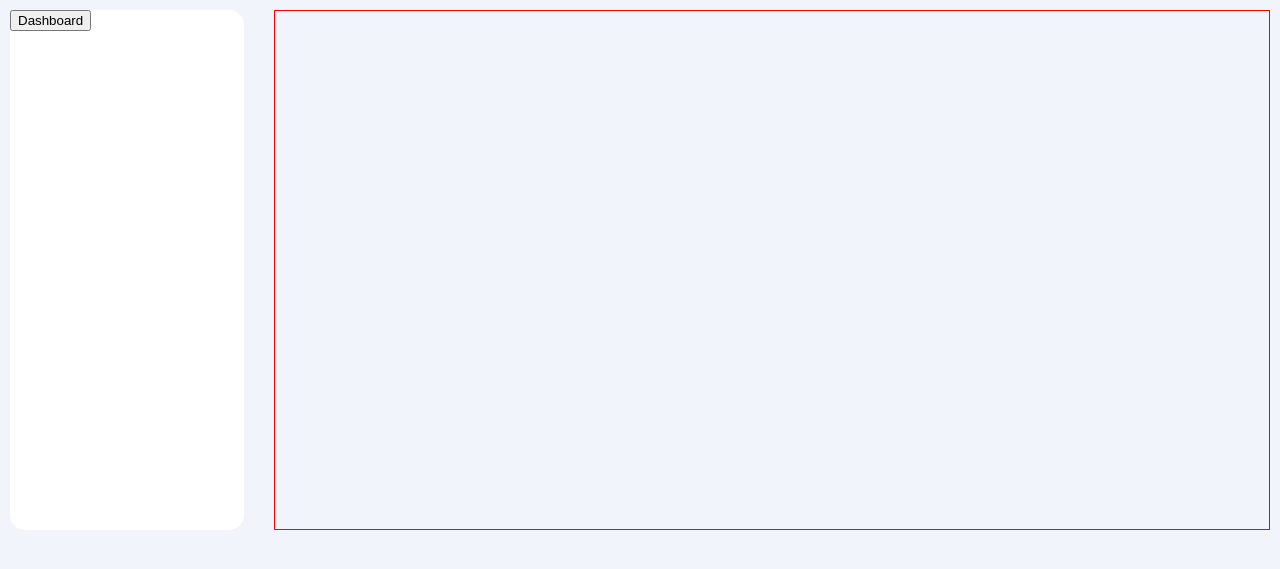
Repository: Anuruddha00/dashboard-design
Page: /
The author's editor kept a copy of each file at every save. The page is drawn from the files as they stood at one save, then again after the next save.
The browser window is 1280 px wide. The pictures show the whole page.
The project was rebuilt for these pictures with package versions that can differ from the ones it lists, and the page was loaded fresh each time.

Above is the page before, as saved 2021-05-06 23:21:44.

### public/index.html
<!DOCTYPE html>
<html lang="en">
  <head>
    <meta charset="utf-8" />
    <link rel="icon" href="%PUBLIC_URL%/favicon.ico" />
    <meta name="viewport" content="width=device-width, initial-scale=1" />
    <meta name="theme-color" content="#000000" />
    <meta
      name="description"
      content="Web site created using create-react-app"
    />
    <link rel="apple-touch-icon" href="%PUBLIC_URL%/logo192.png" />

    <link rel="preconnect" href="https://fonts.gstatic.com">
    <link href="https://fonts.googleapis.com/css2?family=Poppins:wght@300&display=swap" rel="stylesheet">

    <!--
      manifest.json provides metadata used when your web app is installed on a
      user's mobile device or desktop. See https://developers.google.com/web/fundamentals/web-app-manifest/
    -->
    <link rel="manifest" href="%PUBLIC_URL%/manifest.json" />
    <!--
      Notice the use of %PUBLIC_URL% in the tags above.
      It will be replaced with the URL of the `public` folder during the build.
      Only files inside the `public` folder can be referenced from the HTML.

      Unlike "/favicon.ico" or "favicon.ico", "%PUBLIC_URL%/favicon.ico" will
      work correctly both with client-side routing and a non-root public URL.
      Learn how to configure a non-root public URL by running `npm run build`.
    -->
    <title>React App</title>
  </head>
  <body>
    <noscript>You need to enable JavaScript to run this app.</noscript>
    <div id="root"></div>
    <!--
      This HTML file is a template.
      If you open it directly in the browser, you will see an empty page.

      You can add webfonts, meta tags, or analytics to this file.
      The build step will place the bundled scripts into the <body> tag.

      To begin the development, run `npm start` or `yarn start`.
      To create a production bundle, use `npm run build` or `yarn build`.
    -->
  </body>
</html>

### src/index.js
import React from 'react';
import ReactDOM from 'react-dom';
import Dashboard from './containers/Dashboard/Dashboard';
import reportWebVitals from './reportWebVitals';

ReactDOM.render(
  <React.StrictMode>
    <Dashboard />
  </React.StrictMode>,
  document.getElementById('root')
);

// If you want to start measuring performance in your app, pass a function
// to log results (for example: reportWebVitals(console.log))
// or send to an analytics endpoint. Learn more: https://bit.ly/CRA-vitals
reportWebVitals();

### src/containers/Dashboard/Dashboard.js
import React from 'react';
import './Dashboard.scss';

const dashboard = () =>{

    return(
        <div className='container'>
            <div className='dashboard'>
                <div className='dashboardSideBar'>
                    <button>Dashboard</button>
                </div>
                <div className='dashboardMenu'>
                   <div className='dashboardMenuContent'>
                        <nav className='dashboardMenuContentNavbar'>

                        </nav>
                        <div className='dashboardMenuContent'>

                        </div>
                   </div>
                </div>
            </div>
        </div>
    )

}
export default dashboard;


{/* <nav className ='navBar'>
                    <div className='navBarContent'>
                        <div className='navBarContentSearch'>
                            <form className='navBarContentSearchField'>
                                <input type='text' placeholder='Search'/>
                            </form>
                        </div>
                        <div className='navBarContentProfile'>
                            <div className='navBarContentProfileName'>
                                <h2>Hello</h2>
                                <h2>Alexey Savitskiy</h2>
                            </div>
                            <img src='./assets/Image 9.png'/>
                            <h1>H</h1>
                        </div>
                    </div>
                </nav> */}

### src/containers/Dashboard/Dashboard.scss

body{
    margin: 0;
    padding: 0;
    font-size: 0.875rem;
    font-family: 'Poppins', sans-serif;

}

.container{
    background: #f1f5fb;
    height: 100vh;

    .dashboard{
        display: grid;
        grid-template-columns: 1fr 4fr;
        gap:10px;
        grid-auto-rows: minmax(100px, auto);

        &SideBar{
            grid-column: 1;
            grid-row: 1 / 6;
            border-radius: 15px;
            background: #ffffff;
            margin: 10px;

        }
        &Menu{
            border: 1px solid red;
            grid-column: 2;
            grid-row: 1 / 6;
            margin: 10px;
        }
    }
}


// .navBar{
//     display: flex;
//     justify-content: end;
//     border: 1px solid #ffffff;
//     background:#ffffff;

//     &Content{
//         display: flex;


//         &Search{

//             &Field{

//             }
//         }
//         &Profile{

//             &Name{

//             }
//             display: flex;
//             gap: 1em;
//         }
//     }
// }

Loaded but not shown: src/reportWebVitals.js (common file)

After the next save:
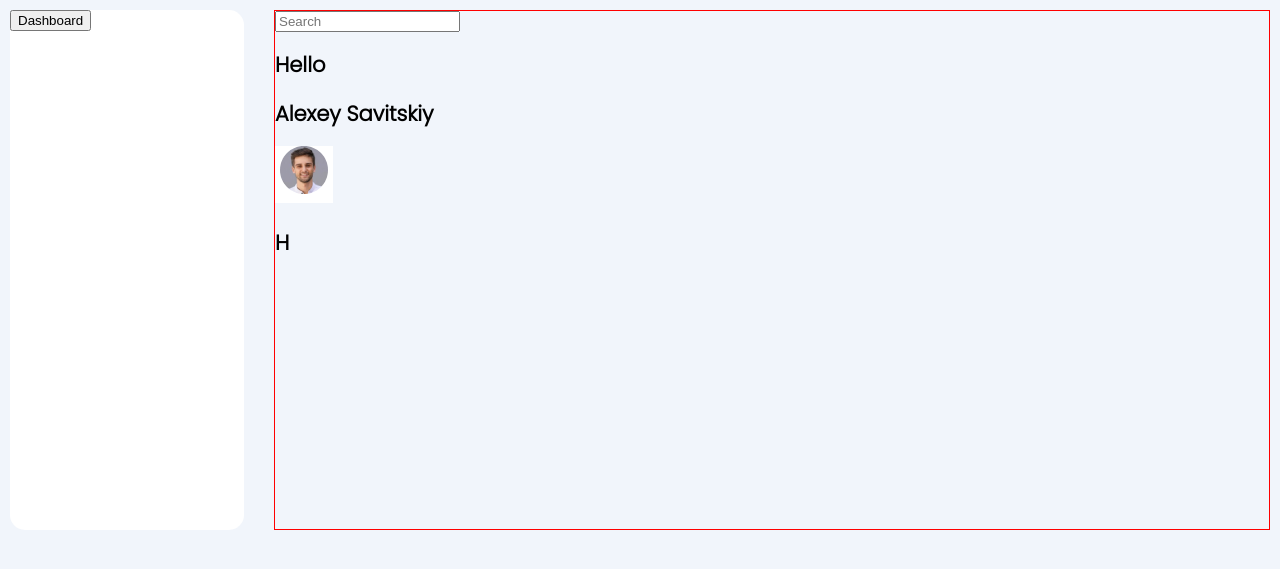
Saved 2 min 8 s later.
--- a/src/containers/Dashboard/Dashboard.js
+++ b/src/containers/Dashboard/Dashboard.js
@@ -12,9 +12,21 @@ const dashboard = () =>{
                 <div className='dashboardMenu'>
                    <div className='dashboardMenuContent'>
                         <nav className='dashboardMenuContentNavbar'>
-
+                            <div className='dashboardMenuContentNavbarSearch'>
+                                <form className='dashboardMenuContentNavbarField'>
+                                    <input type='text' placeholder='Search'/>
+                                </form>
+                            </div>
+                            <div className='dashboardMenuContentNavbarProfile'>
+                                <div className='dashboardMenuContentNavbarSearchProfileName'>
+                                    <h2>Hello</h2>
+                                    <h2>Alexey Savitskiy</h2>
+                                </div>
+                                <img src='./assets/Image 9.png'/>
+                                <h1>H</h1>
+                            </div>
                         </nav>
-                        <div className='dashboardMenuContent'>
+                        <div className='dashboardMenuContentDetails'>
 
                         </div>
                    </div>
